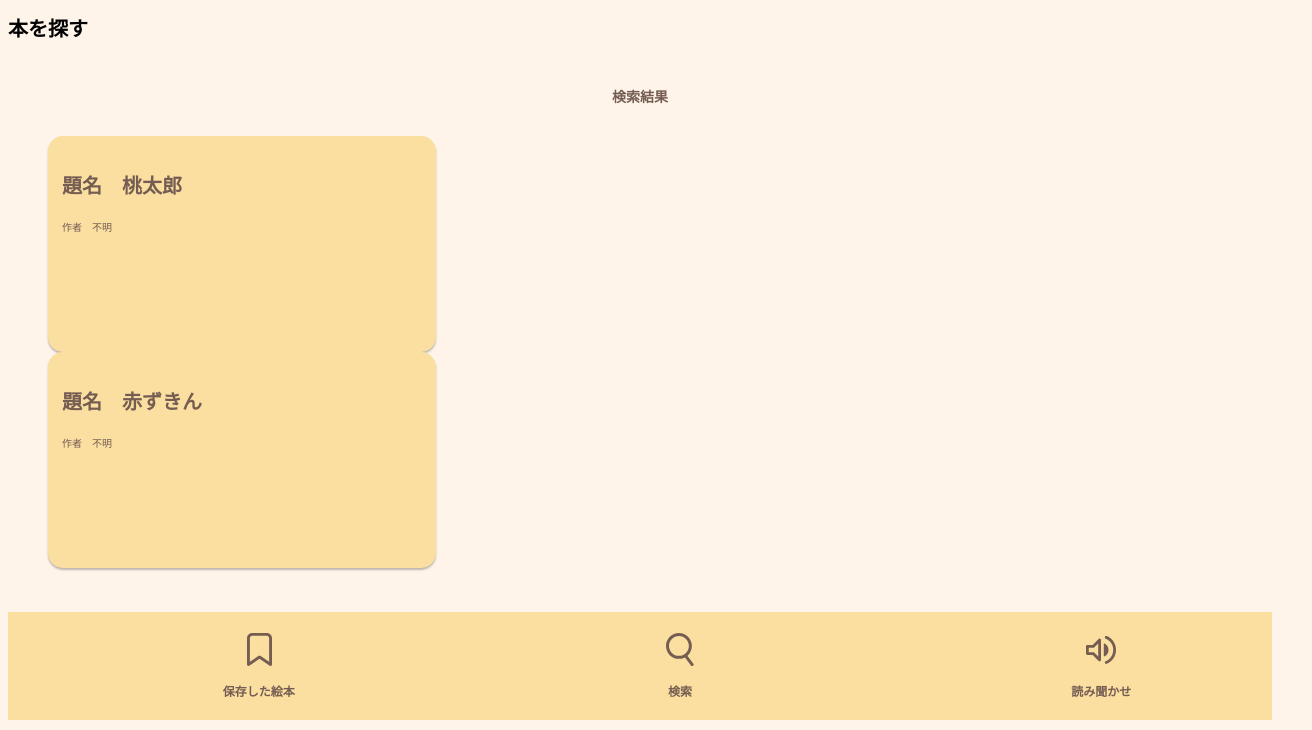
Repository: kmii12/2024-teampj
Page: /result
The author's editor kept a copy of each file at every save. The page is drawn from the files as they stood at one save, then again after the next save.
The browser window is 1280 px wide. The page is 1312 px wide, so the pictures cover 1312 px, including what lies to the right of the window. The pictures show the whole page.
Some web fonts or font styles are not loaded; a fallback is used. The project was rebuilt for these pictures with package versions that can differ from the ones it lists, and the page was loaded fresh each time. The framework's server and built-in components were replaced by stand-ins that run in the browser. Also part of the build but not shown: next.config.mjs.

Above is the page before, as saved 2024-10-23 10:45:21.

After the next save:
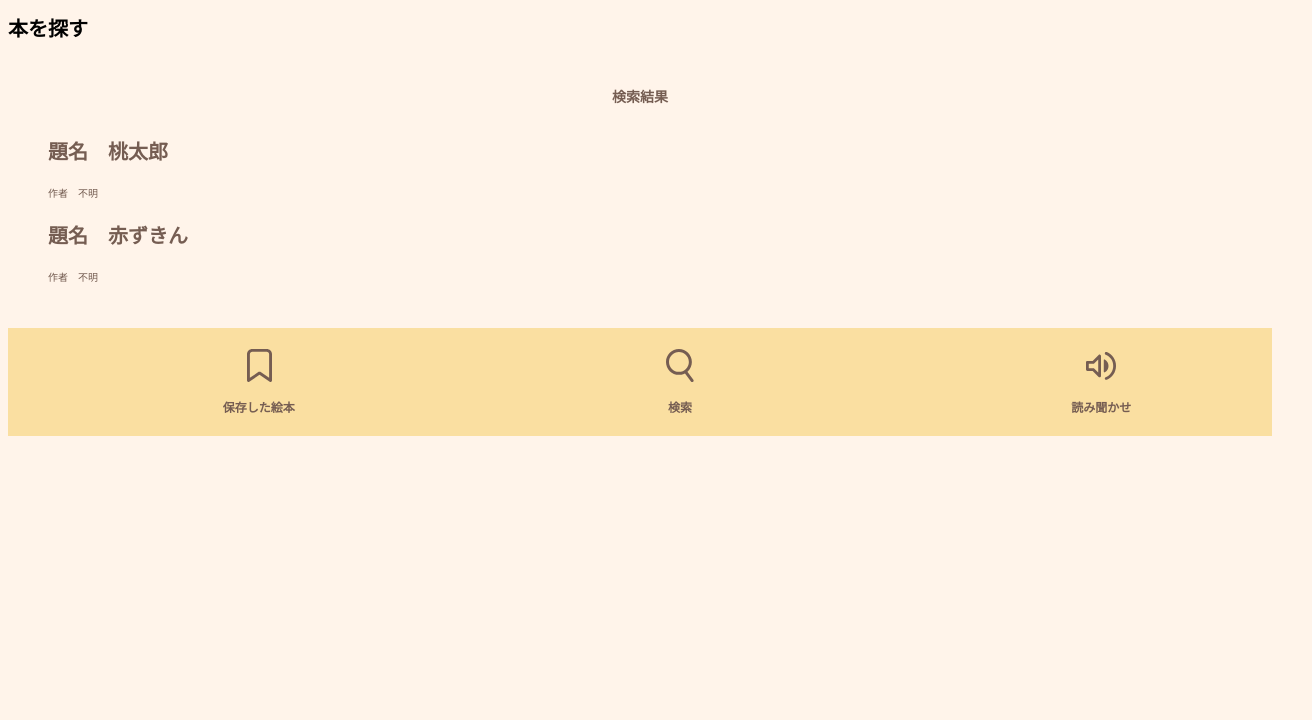
Saved 15 min 55 s later.
--- a/src/app/result/Result.module.scss
+++ b/src/app/result/Result.module.scss
@@ -15,7 +15,7 @@
     font-size: 2em;
   }
 
-  li {
+  .resuktItem {
     padding: 14px;
     width: 360px;
     height: 188px;

After the 2 saves that followed:
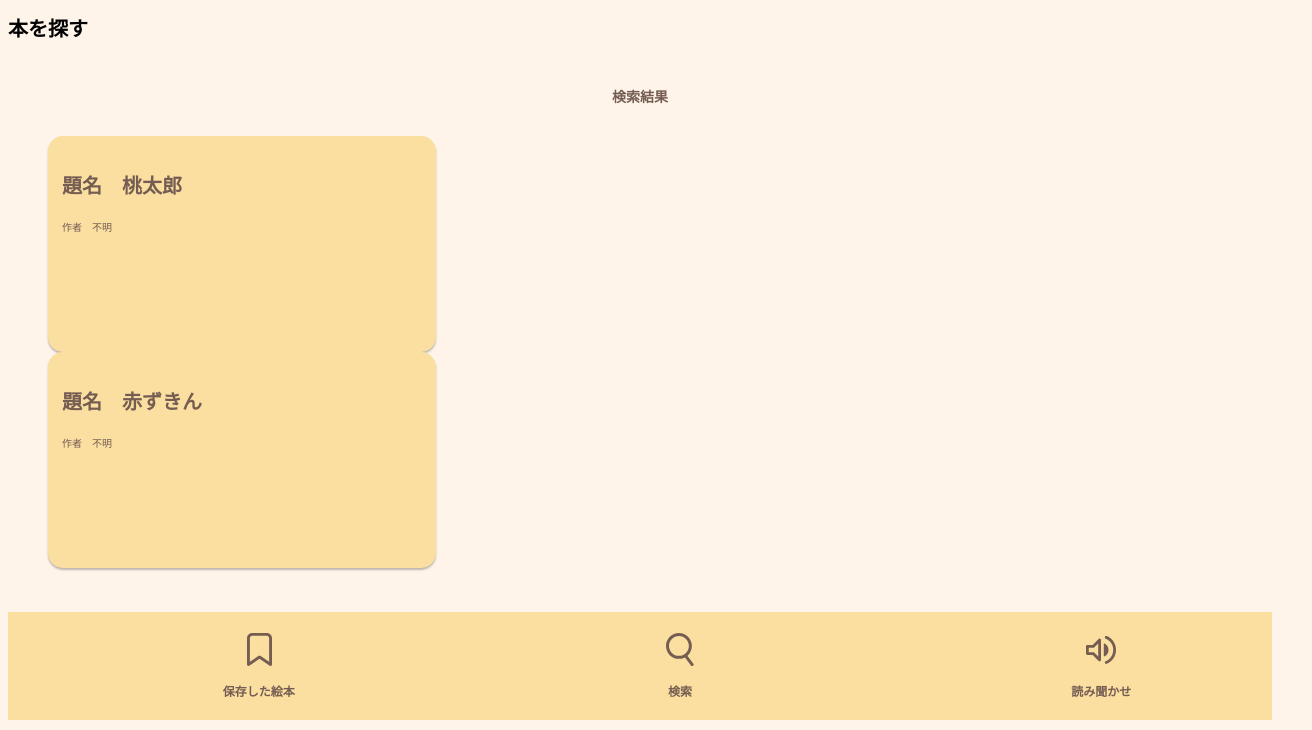
The 2 saves are shown as one change because 1 left the picture as it was.
The last was saved 15 s later.
--- a/src/app/result/Result.module.scss
+++ b/src/app/result/Result.module.scss
@@ -15,7 +15,7 @@
     font-size: 2em;
   }
 
-  .resuktItem {
+  .resultItem {
     padding: 14px;
     width: 360px;
     height: 188px;
